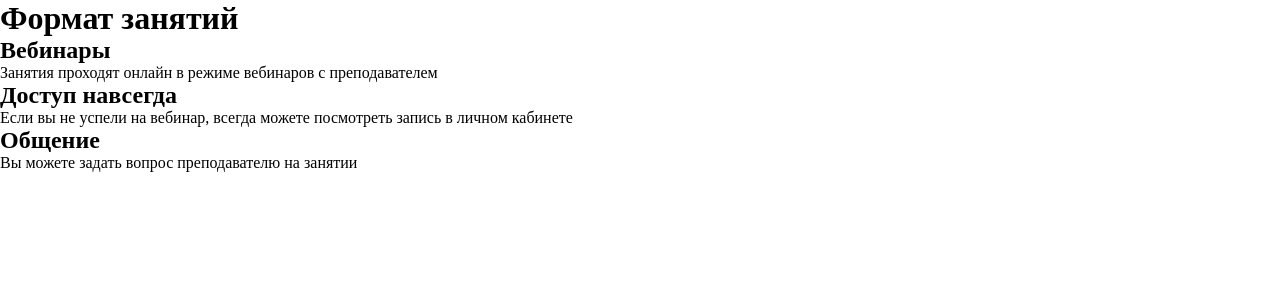
Repository: PoladEziz/Task2
Page: index.html
These files come from the project's save history. The page is drawn as it stood at one moment and after a run of saves; the edit follows.
The browser window is 1280 px wide. The pictures show the whole page.

Above is the page before, as saved 2023-05-04 17:19:00.

### index.html
<!DOCTYPE html>
<html lang="en">

<head>
    <meta charset="UTF-8">
    <meta http-equiv="X-UA-Compatible" content="IE=edge">
    <meta name="viewport" content="width=device-width, initial-scale=1.0">
    <title>Document</title>
    <link rel="stylesheet" href="index.css">
</head>

<body>
    <div class="main">
        <div class="page-1">
            <h1>Формат занятий</h1>
            <div class="top_child">

                <ul>
                    <li>
                        <h2>Вебинары</h2>
                        <p>Занятия проходят онлайн
                            в режиме вебинаров
                            с преподавателем</p>
                    </li>

                    <li>
                        <h2>Доступ навсегда</h2>
                        <p>Если вы не успели на вебинар, всегда можете посмотреть запись в личном кабинете</p>
                    </li>

                    <li>
                        <h2>Общение</h2>
                        <p>Вы можете задать вопрос
                            преподавателю на занятии</p>
                    </li>


                </ul>
            </div>

        </div>
        <!-- <div class="page-2">
            <h1>Что узнаем</h1>
            <ul>
                <li>Кто чем занят в съёмочной группе; </li>
                <li>На какие этапы делится кинопроизводство; </li>
                <li>Как выглядит сценарий фильма и как он меняется по ходу съёмок; </li>
                <li>Какими методами режиссёры заставляют нас смеяться, плакать и грустить; </li>
                <li>Как построение кадра, музыка и свет помогают считывать заложенные в фильм смыслы; </li>
                <li>Какие жанры есть в кино и как от них зависит работа операторов, осветителей и монтажёров; </li>
                <li>Как, зная всё это, понимать, о чем фильм.</li>
            </ul>




        </div> -->


    </div>
</body>

</html>

### index.css
@import url('https://fonts.googleapis.com/css2?family=Roboto+Slab:wght@700&family=Roboto:wght@700&display=swap');

* {
    margin: 0;
    padding: 0;
}

.main {
    width: 100%;
    display: flex;
    flex-direction: column;
}

.page-2{
    width: 100%;
    background-color: aqua;
}

.page-2  h1 {
    font-family: "Roboto Slab";
    font-style: normal;
    font-weight: 700;
    font-size: 55px;
    line-height: 55px;
}
.page-2 ul{
    display: flex;
}
.page-2 ul li {
    list-style-type: noe;
    width: 229px;
}

.page-2 ul li h2 {
    font-family: 'Roboto';
    font-style: normal;
    font-weight: 700;
    font-size: 25px;
    line-height: 130%;
    color: #1E4681;
}

.page-2 ul li p {
    font-family: 'Roboto';
    font-style: normal;
    font-weight: 700;
    font-size: 18px;
    line-height: 130%;
}

.top_child {
    display: flex;
    flex-direction: row;
    width: 100%;
}

.page-2 h1 {
    width: 100%;
}

.bot_box {
    width: 100%;
    display: flex;
    flex-direction: column;
}

.bot_box h1 {
    font-family: Roboto Slab;
    font-size: 55px;
    font-weight: 700;
    line-height: 56px;
    text-align: left;

}

.bot_box ul li {
    font-family: Roboto;
    font-size: 24px;
    font-weight: 400;
    line-height: 36px;
    text-align: left;

}

After the next 6 saves:
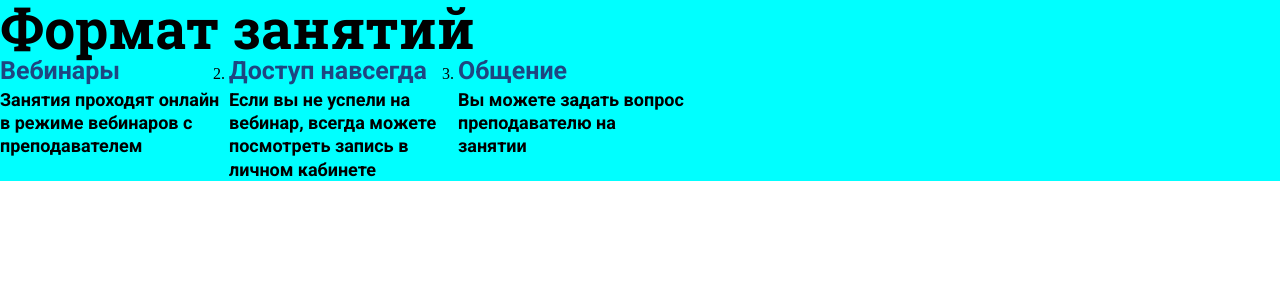
The 6 saves are shown as one change because they came seconds apart.
The last was saved 21 s later.
--- a/index.css
+++ b/index.css
@@ -11,27 +11,27 @@
     flex-direction: column;
 }
 
-.page-2{
+.page-1{
     width: 100%;
     background-color: aqua;
 }
 
-.page-2  h1 {
+.page-1  h1 {
     font-family: "Roboto Slab";
     font-style: normal;
     font-weight: 700;
     font-size: 55px;
     line-height: 55px;
 }
-.page-2 ul{
+.page-1 ul{
     display: flex;
 }
-.page-2 ul li {
+.page-1 ul li {
     list-style-type: noe;
     width: 229px;
 }
 
-.page-2 ul li h2 {
+.page-1 ul li h2 {
     font-family: 'Roboto';
     font-style: normal;
     font-weight: 700;
@@ -40,7 +40,7 @@
     color: #1E4681;
 }
 
-.page-2 ul li p {
+.page-1 ul li p {
     font-family: 'Roboto';
     font-style: normal;
     font-weight: 700;
